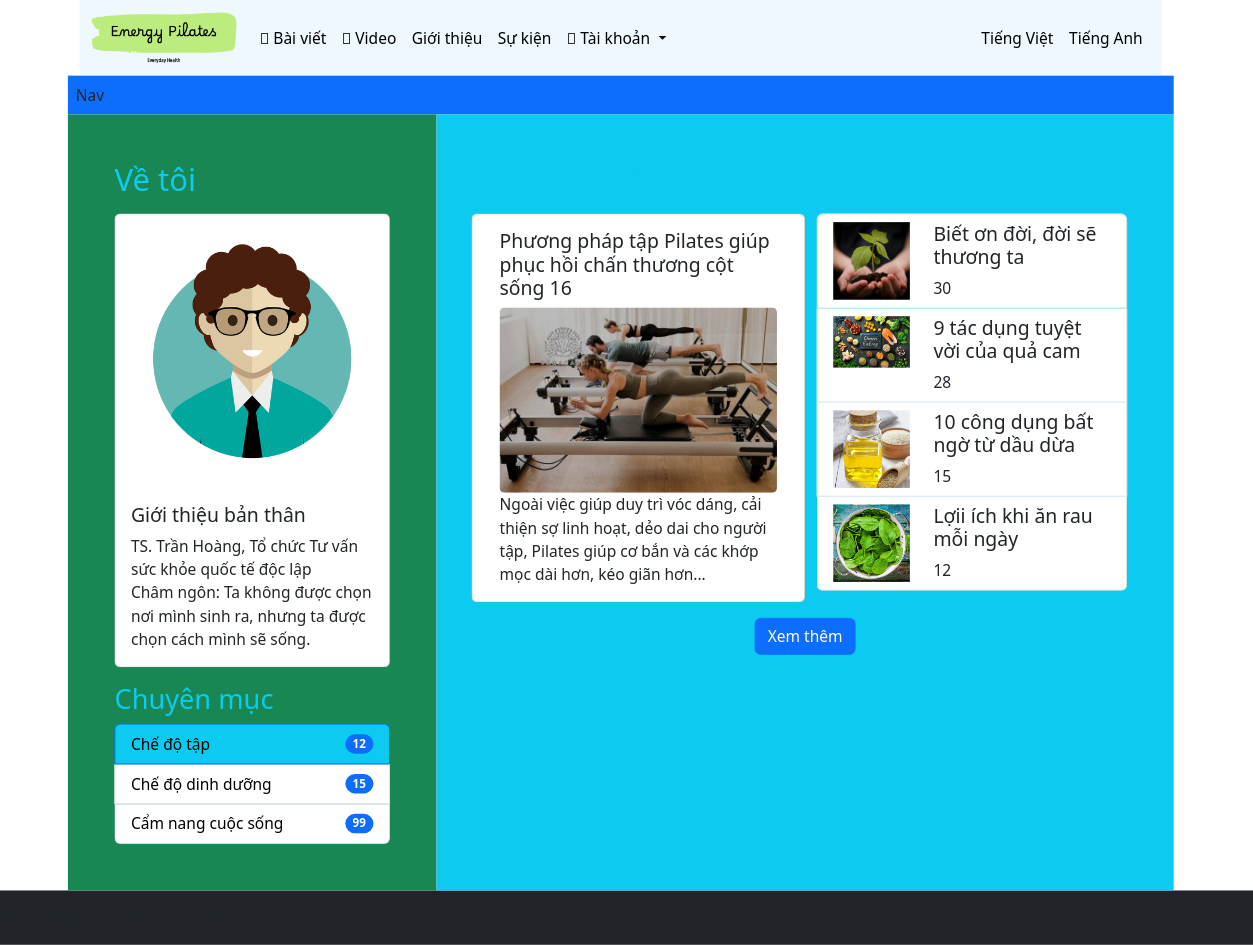
Repository: KizukoHeiwa/SOF308
Page: Lab1/index.html
These files come from the project's save history. The page is drawn as it stood at one moment and after the next save; the edit follows.
The browser window is 1280 px wide. The page is 1292 px wide, so the pictures cover 1292 px, including what lies to the right of the window. The pictures show the whole page, at 97% of full size.

Above is the page before, as saved 2024-10-31 10:43:03.

### Lab1/index.html
<!DOCTYPE html>
<html lang="en">
<head>
    <meta charset="UTF-8">
    <meta name="viewport" content="width=device-width, initial-scale=1.0">
    <title>FPT Polytechnic</title>
    <link href="https://cdn.jsdelivr.net/npm/bootstrap@5.3.3/dist/css/bootstrap.min.css" rel="stylesheet" integrity="sha384-QWTKZyjpPEjISv5WaRU9OFeRpok6YctnYmDr5pNlyT2bRjXh0JMhjY6hW+ALEwIH" crossorigin="anonymous">
    <script src="https://cdn.jsdelivr.net/npm/bootstrap@5.3.3/dist/js/bootstrap.bundle.min.js" integrity="sha384-YvpcrYf0tY3lHB60NNkmXc5s9fDVZLESaAA55NDzOxhy9GkcIdslK1eN7N6jIeHz" crossorigin="anonymous"></script>
    <link rel="stylesheet" href="https://cdnjs.cloudflare.com/ajax/libs/font-awesome/4.7.0/css/font-awesome.min.css">
    <style>
        header{
            background-color: aliceblue;
            /* box-shadow: 1px 1px 2px 1px lightgray; */
        }
        .nav-link{
            color: black;
        }
        .nav-link:hover{
            color: green;
        }
        .navbar-nav .nav-link.active, .navbar-nav .nav-link.show {
            color: green;
        }
        .button-wrapper{
            display: flex;
            justify-content: center;
            align-items: center;
        }
    </style>

</head>
<body>
    <div class="container">
        <header>
            <nav class="navbar navbar-expand-sm">
                <div class="container">
                    <a class="navbar-brand" href="#">
                        <img src="img/logo-energy-pilates.png" alt="" style="width: 150px;">
                    </a>
                    <div class="collapse navbar-collapse" id="collapsibleNavbar">
                        <ul class="navbar-nav me-auto">
                            <li class="nav-item">
                                <a class="nav-link" href="#"><i class="fa-solid fa-list"></i> Bài viết</a>
                            </li>
                            <li class="nav-item">
                                <a class="nav-link" href="#"><i class="fa-solid fa-film"></i> Video</a>
                            </li>
                            <li class="nav-item">
                                <a class="nav-link" href="#"><i class="fa-solid fa-circle-info"></i> Giới thiệu</a>
                            </li>
                            <li class="nav-item">
                                <a class="nav-link" href="#"><i class="fa-solid fa-calendar-days"></i> Sự kiện</a>
                            </li>
                            <li class="nav-item dropdown">
                                <a class="nav-link dropdown-toggle" href="#" role="button" data-bs-toggle="dropdown">
                                    <i class="fa-solid fa-user"></i> Tài khoản
                                </a>
                                <ul class="dropdown-menu">
                                    <li><a class="dropdown-item" href="#">Đăng nhập</a></li>
                                    <li><a class="dropdown-item" href="#">Quên mật khẩu</a></li>
                                    <li><a class="dropdown-item" href="#">Đăng ký thành viên</a></li>
                                </ul>
                            </li>
                        </ul>
                        <ul class="navbar-nav d-flex">
                            <li class="nav-item">
                                <a class="nav-link">Tiếng Việt</a>
                            </li>
                            <li class="nav-item">
                                <a class="nav-link">Tiếng Anh</a>
                            </li>
                        </ul>
                    </div>
                </div>
            </nav>
        </header>
        <nav class="row bg-primary p-2">Nav</nav>
        <section class="row">
            <aside class="col-sm-4 bg-success p-5">
                <div class="col-sm">
                    <h2 class="text-info mb-3">Về tôi</h2>
                    <div class="card mb-3">
                        <img src="img/avatar.png" class="card-img-top" alt="">
                        <div class="card-body">
                            <h5 class="card-title">Giới thiệu bản thân</h5>
                            <p class="card-text">TS. Trần Hoàng, Tổ chức Tư vấn sức khỏe quốc tế độc lập <br>
                                Châm ngôn: Ta không được chọn nơi mình sinh ra, nhưng ta được chọn cách mình sẽ sống.
                            </p>
                        </div>
                    </div>

                    <h3 class="text-info mt-2">Chuyên mục</h3>
                    <ul class="list-group">
                        <li class="list-group-item active bg-info d-flex justify-content-between align-items-center">
                            <a class="nav-link" href="#">Chế độ tập</a>
                            <span class="badge bg-primary rounded-pill">12</span>
                        </li>
                        <li class="list-group-item d-flex justify-content-between align-items-center">
                            <a class="nav-link" href="#">Chế độ dinh dưỡng</a>
                            <span class="badge bg-primary rounded-pill">15</span>
                        </li>
                        <li class="list-group-item d-flex justify-content-between align-items-center">
                            <a class="nav-link" href="#">Cẩm nang cuộc sống</a>
                            <span class="badge bg-primary rounded-pill">99</span>
                        </li>
                    </ul>
                    <!-- end Chuyên mục -->
                </div>
            </aside>
            <article class="col-sm-8 bg-info p-5">
                <div class="row">
                        <h2 class="text-info mb-3">Blog của tôi</h2>
                        <div class="card col-sm-6">
                            <div class="card-body">
                                <h5 class="card-title">Phương pháp tập Pilates giúp phục hồi chấn thương cột sống <i class="fa-solid fa-message"></i> 16</h5>
                                <img src="img/tap-piltes.jpg" alt="" class="card-img">
                                <p class="card-text">Ngoài việc giúp duy trì vóc dáng, cải thiện sợ linh hoạt, dẻo dai cho người tập, Pilates giúp cơ bắn và các khớp mọc dài hơn, kéo giãn hơn...</p>
                            </div>
                        </div>
                        <div class="col-sm-6">
                            <ul class="list-group">
                                <li class="list-group-item d-flex justify-content-between align-items-start">
                                    <div class="row">
                                        <div class="col-4">
                                            <img src="img/corevalue.jpg" alt="" class="card-img">
                                        </div>
                                        <div class="col-8">
                                            <h5>Biết ơn đời, đời sẽ thương ta</h5>
                                            <span>30</span>
                                        </div>
                                    </div>
                                </li>
                                <li class="list-group-item d-flex justify-content-between align-items-start">
                                    <div class="row">
                                        <div class="col-4">
                                            <img src="img/eat-clean.png" alt="" class="card-img">
                                        </div>
                                        <div class="col-8">
                                            <h5>9 tác dụng tuyệt vời của quả cam</h5>
                                            <span>28</span>
                                        </div>
                                    </div>
                                </li>
                                <li class="list-group-item d-flex justify-content-between align-items-start">
                                    <div class="row">
                                        <div class="col-4">
                                            <img src="img/sesameoil_300x300.jpg" alt="" class="card-img">
                                        </div>
                                        <div class="col-8">
                                            <h5>10 công dụng bất ngờ từ dầu dừa</h5>
                                            <span>15</span>
                                        </div>
                                    </div>
                                </li>
                                <li class="list-group-item d-flex justify-content-between align-items-start">
                                    <div class="row">
                                        <div class="col-4">
                                            <img src="img/spinach_300x300.jpg" alt="" class="card-img">
                                        </div>
                                        <div class="col-8">
                                            <h5>Lợii ích khi ăn rau mỗi ngày</h5>
                                            <span>12</span>
                                        </div>
                                    </div>
                                </li>
                            </ul>
                        </div>
                    </div>
                    <div class="button-wrapper">
                        <button type="button" class="btn btn-primary m-3">Xem thêm</button>
                    </div>
                </div>
            </article>
        </section>
        <footer class="row bg-dark p-3">&copy; Copyright by FPT Polytechnic</footer>
    </div>
</body>
</html>

After the next save:
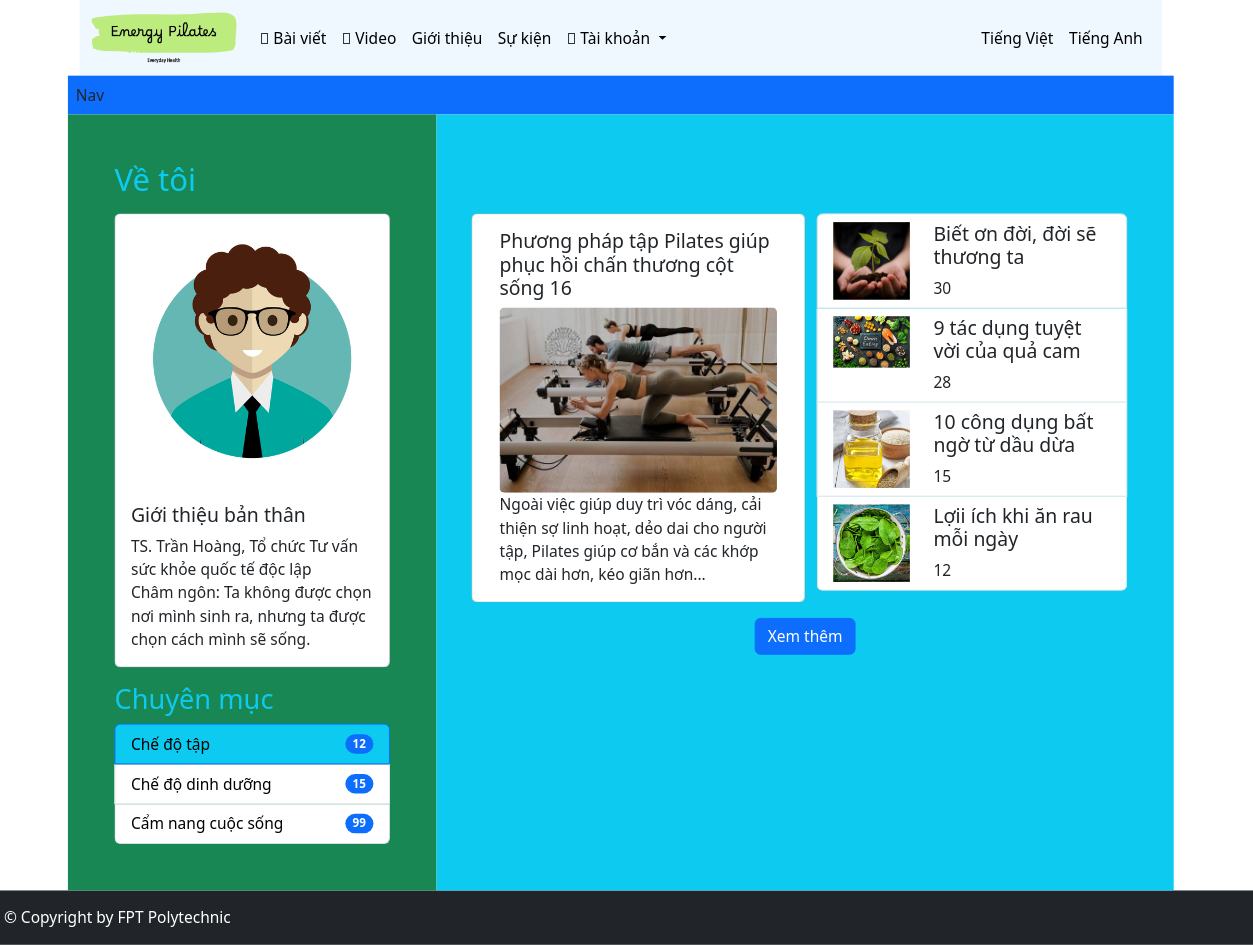
Saved 7 s later.
--- a/Lab1/index.html
+++ b/Lab1/index.html
@@ -172,7 +172,7 @@
                 </div>
             </article>
         </section>
-        <footer class="row bg-dark p-3">&copy; Copyright by FPT Polytechnic</footer>
+        <footer class="row bg-dark p-3" style="color: white;">&copy; Copyright by FPT Polytechnic</footer>
     </div>
 </body>
 </html>
